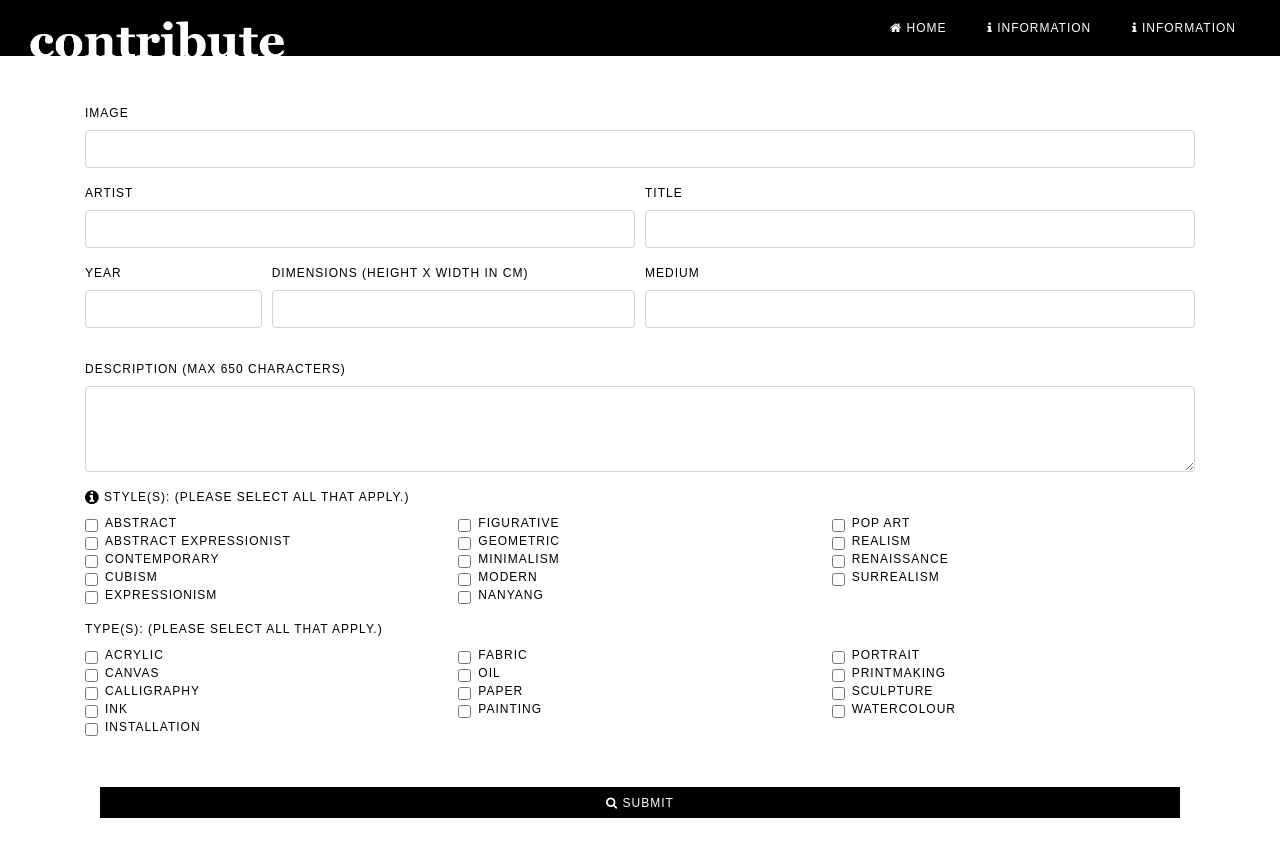
Repository: lynette-lyf/artwork-inventory
Page: http://localhost/add-artwork
The author's editor kept a record of every edit. The page is drawn from the files as they stood at one moment, then again after the next edit.
The browser window is 1280 px wide. The pictures show the whole page.
The page is served by the project's application, run on Flask 3 (app.py).

Above is the page before.

### templates/add_artwork.template.html
<!doctype html>
<html lang="en">
  <head>
     <!--Required meta tags -->
    <meta charset="utf-8">
    <meta name="viewport" content="width=device-width, initial-scale=1, shrink-to-fit=no">

     <!--Bootstrap CSS -->
    <link rel="stylesheet" href="https://stackpath.bootstrapcdn.com/bootstrap/4.3.1/css/bootstrap.min.css" integrity="sha384-ggOyR0iXCbMQv3Xipma34MD+dH/1fQ784/j6cY/iJTQUOhcWr7x9JvoRxT2MZw1T" crossorigin="anonymous">
     <!--Font Awesome CSS -->
    <link href="https://maxcdn.bootstrapcdn.com/font-awesome/4.7.0/css/font-awesome.min.css" rel="stylesheet"/>
     <!--Google Fonts API -->
    <link href="https://fonts.googleapis.com/css?family=Work+Sans:300,600,800&display=swap" rel="stylesheet">
    <link rel="stylesheet" type="text/css" href="/static/css/style.css">

    <title>Contribute to our Database</title>
  <style>
body {
    font-family: Arial;
    font-size: 12px;
    color: black;
    text-transform: uppercase;
    letter-spacing:1px;
}

::-webkit-scrollbar {
  width: 5px;
  height: 5px;
  border-left: 0;
  background: white;
}

::-webkit-scrollbar-track {
  background: white;
}

::-webkit-scrollbar-thumb {
  background: black;
  border-radius: 0;
}

.navbar-default {
    background-color: black;
    top:0px;
    z-index:1;
}

#logo {
    position: fixed;
    z-index:2;
    top:-3px;

}

#contribute {
    position:fixed;
    z-index:2;
    font-family: Arial;
    color: black;
    text-decoration: none;
    text-transform: uppercase;
    font-size: 12px;
    letter-spacing:1px;
    background-color: white;
    margin-right:15px;
}

#home, #information {
    font-family: Arial;
    color: white;
    text-decoration: none;
    text-transform: uppercase;
    font-size: 12px;
    letter-spacing:1px;
    background-color: black;
    margin-right:15px;
}



#submit {
    font-family: Arial;
    color: white;
    text-decoration: none;
    text-transform: uppercase;
    font-size: 12px;
    letter-spacing:1px;
    background-color: black;
    width:100%;
}

#home:hover, #information:hover, #submit:hover {
    background-color: white;
    color:black;
}

#info-style {
  color:black;
}

#info-style:hover {
  color:grey;
}



@media (max-width: 994px) {
    .img-fluid {
        max-width:100%
    }

    #home {
        margin-top:2rem;
    }
}

@media screen and (min-width: 995px) {
    .navbar-nav {
        align-items: end;
    }

    .img-fluid {
        max-height:500px;
        max-width:500px
    }
}

button:focus, input:focus {
  outline:0!important;
  box-shadow: none!important;
}

#form-votes {
    display:none;
}

  </style>

  </head>


  <body>


    <img id="logo" style="max-height:100px;" src="/static/img/contribute.png"/>

<nav class="navbar navbar-expand-lg navbar-default sticky-top">
  <a class="navbar-brand" href="#">&nbsp;</a>
  <button class="navbar-toggler" type="button" data-toggle="collapse" data-target="#navbarSupportedContent" aria-controls="navbarSupportedContent" aria-expanded="false" aria-label="Toggle navigation">
    <span class="navbar-toggler-icon"> <i class="fa fa-bars" style="color:#fff; font-size:28px;"></i></span>
  </button>

  <div class="collapse navbar-collapse justify-content-end" id="navbarSupportedContent">
    <ul class="navbar-nav">
        <li class="nav-item">
          <a href="/" id="home" class="btn btn-default"><i class="fa fa-home"></i>    Home</a>
      </li>
      <li class="nav-item">
          <a href="information/artstyles" id="information" class="btn btn-default"><i class="fa fa-info"></i>    Information</a>
      </li>

      <li class="nav-item">
        <a href="information/artstyles" id="information" class="btn btn-default"><i class="fa fa-info"></i>    Information</a>
      </li>
    </ul>

        </div>
  </div>
</nav>


















    <div class='container'>

        <form class='form pt-5' method="POST">


          <div class='form-row'>
              <div class='col-12 mb-3'>
                <label>Image</label>
                <input type='text' class='form-control' name='image' required/>
            </div>



            <div class='col-6 mb-3'>
                <label>Artist</label>
                <input type='text' class='form-control' name='artist' required/>
            </div>
            <div class='col-6 mb-3'>
                <label>Title</label>
                <input type='text' class='form-control' name='title' required/>
            </div>
          </div>

          <div class='form-row'>
            <div class='col-2 mb-3'>
                <label>Year</label>
                <input type='number' class='form-control' maxlength='4' min='1000' max='2019' name='year' required/>
            </div>
            <div class='col-4 mb-3'>
                <label>Dimensions (height x width in cm)</label>
                <input type='text' class='form-control' name='dimensions' required/>
            </div>
            <div class='col-6 mb-3'>
                <label>Medium</label>
                <input type='text' class='form-control' name='medium' required/>
            </div>
            <div class='col-6 mb-3'>
                <input type='text' id="form-votes" class='form-control' name='votes' value='0'/>
            </div>
          </div>

            <div class='form-group'>
                <label>Description (max 650 characters)</label>
                <textarea class="form-control" rows="3" name='description'></textarea>
            </div>

          <div class='form-row'>
            <div class='col-12'>
           <label><a href='information/artstyles'><i id="info-style" class="fa fa-info-circle fa-lg" aria-hidden="true"></i></a>  Style(s): (Please select all that apply.)</label>
           </div>
           </div>

            <div class='form-row'>
            <div class='col-4'>



            <div class="form-check">
            <input class="form-check-input" type='checkbox' value='Abstract' id="type" name="type">
            <label class="form-check-label" for="Abstract">Abstract</label>
            </div>

            <div class="form-check">
            <input class="form-check-input" type='checkbox' value='Abstract Expressionist' id="type" name="type">
            <label class="form-check-label" for="Abstract Expressionist">Abstract Expressionist</label>
            </div>

            <div class="form-check">
            <input class="form-check-input" type='checkbox' value='Contemporary' id="type" name="type">
            <label class="form-check-label" for="Contemporary">Contemporary</label>
            </div>

            <div class="form-check">
            <input class="form-check-input" type='checkbox' value='Cubism' id="type" name="type">
            <label class="form-check-label" for="Cubism">Cubism</label>
            </div>

            <div class="form-check">
            <input class="form-check-input" type='checkbox' value='Expressionism' id="type" name="type">
            <label class="form-check-label" for="Expressionism">Expressionism</label>
            </div>

            </div>

            <div class='col-4'>

            <div class="form-check">
            <input class="form-check-input" type='checkbox' value='Figurative' id="type" name="type">
            <label class="form-check-label" for="Figurative">Figurative</label>
            </div>

            <div class="form-check">
            <input class="form-check-input" type='checkbox' value='Geometric' id="type" name="type">
            <label class="form-check-label" for="Geometric">Geometric</label>
            </div>

            <div class="form-check">
            <input class="form-check-input" type='checkbox' value='Minimalism' id="type" name="type">
            <label class="form-check-label" for="Minimalism">Minimalism</label>
            </div>

            <div class="form-check">
            <input class="form-check-input" type='checkbox' value='Modern' id="type" name="type">
            <label class="form-check-label" for="Modern">Modern</label>
            </div>

            <div class="form-check">
            <input class="form-check-input" type='checkbox' value='Nanyang' id="type" name="type">
            <label class="form-check-label" for="Nanyang">Nanyang</label>
            </div>

            </div>

            <div class='col-4'>

            <div class="form-check">
            <input class="form-check-input" type='checkbox' value='Pop Art' id="type" name="type">
            <label class="form-check-label" for="Pop Art">Pop Art</label>
            </div>

            <div class="form-check">
            <input class="form-check-input" type='checkbox' value='Realism' id="type" name="type">
            <label class="form-check-label" for="Realism">Realism</label>
            </div>

            <div class="form-check">
            <input class="form-check-input" type='checkbox' value='Renaissance' id="type" name="type">
            <label class="form-check-label" for="Renaissance">Renaissance</label>
            </div>

            <div class="form-check">
            <input class="form-check-input" type='checkbox' value='Surrealism' id="type" name="type">
            <label class="form-check-label" for="Surrealism">Surrealism</label>
            </div>




            </div>
            </div>

            <div class='form-row'>
            <div class='col-12 pt-3'>

           <label>Type(s): (Please select all that apply.)</label>
           </div>
           </div>

            <div class='form-row pb-5'>
            <div class='col-4'>

            <div class="form-check">
            <input class="form-check-input" type='checkbox' value='Acrylic' id="type" name="type">
            <label class="form-check-label" for="Acrylic">Acrylic</label>
            </div>

            <div class="form-check">
            <input class="form-check-input" type='checkbox' value='Canvas' id="type" name="type">
            <label class="form-check-label" for="Canvas">Canvas</label>
            </div>

            <div class="form-check">
            <input class="form-check-input" type='checkbox' value='Calligraphy' id="type" name="type">
            <label class="form-check-label" for="Calligraphy">Calligraphy</label>
            </div>

            <div class="form-check">
            <input class="form-check-input" type='checkbox' value='Ink' id="type" name="type">
            <label class="form-check-label" for="Ink">Ink</label>
            </div>

            <div class="form-check">
            <input class="form-check-input" type='checkbox' value='Installation' id="type" name="type">
            <label class="form-check-label" for="Installation">Installation</label>
            </div>

            </div>

            <div class='col-4'>

            <div class="form-check">
            <input class="form-check-input" type='checkbox' value='Fabric' id="type" name="type">
            <label class="form-check-label" for="Fabric">Fabric</label>
            </div>

            <div class="form-check">
            <input class="form-check-input" type='checkbox' value='Oil' id="type" name="type">
            <label class="form-check-label" for="Oil">Oil</label>
            </div>

            <div class="form-check">
            <input class="form-check-input" type='checkbox' value='Paper' id="type" name="type">
            <label class="form-check-label" for="Paper">Paper</label>
            </div>

            <div class="form-check">
            <input class="form-check-input" type='checkbox' value='Painting' id="type" name="type">
            <label class="form-check-label" for="Painting">Painting</label>
            </div>

            </div>

            <div class='col-4'>

            <div class="form-check">
            <input class="form-check-input" type='checkbox' value='Portrait' id="type" name="type">
            <label class="form-check-label" for="Portrait">Portrait</label>
            </div>

            <div class="form-check">
            <input class="form-check-input" type='checkbox' value='Printmaking' id="type" name="type">
            <label class="form-check-label" for="Printmaking">Printmaking</label>
            </div>

            <div class="form-check">
            <input class="form-check-input" type='checkbox' value='Sculpture' id="type" name="type">
            <label class="form-check-label" for="Sculpture">Sculpture</label>
            </div>

            <div class="form-check">
            <input class="form-check-input" type='checkbox' value='Watercolour' id="type" name="type">
            <label class="form-check-label" for="Watercolour">Watercolour</label>
            </div>


            </div>
            </div>



          <div class="col-12 text-center pb-5">
             <button type="submit" id="submit" class="btn btn-default">
                <i class="fa fa-search"></i>    Submit
              </button>
          </div>
        </form>
    </div>

     <!-- Optional JavaScript -->
     <!--jQuery first, then Popper.js, then Bootstrap JS -->
    <script src="https://code.jquery.com/jquery-3.3.1.slim.min.js" integrity="sha384-q8i/X+965DzO0rT7abK41JStQIAqVgRVzpbzo5smXKp4YfRvH+8abtTE1Pi6jizo" crossorigin="anonymous"></script>
    <script src="https://cdnjs.cloudflare.com/ajax/libs/popper.js/1.14.7/umd/popper.min.js" integrity="sha384-UO2eT0CpHqdSJQ6hJty5KVphtPhzWj9WO1clHTMGa3JDZwrnQq4sF86dIHNDz0W1" crossorigin="anonymous"></script>
    <script src="https://stackpath.bootstrapcdn.com/bootstrap/4.3.1/js/bootstrap.min.js" integrity="sha384-JjSmVgyd0p3pXB1rRibZUAYoIIy6OrQ6VrjIEaFf/nJGzIxFDsf4x0xIM+B07jRM" crossorigin="anonymous"></script>
  </body>
</html>

### static/css/style.css
body {
    font-family: Arial;
    font-size: 15px;
    color: black;
}

::-webkit-scrollbar {
  width: 5px;
  height: 5px;
  border-left: 0;
  background: white;
}

::-webkit-scrollbar-track {
  background: white;
}

::-webkit-scrollbar-thumb {
  background: black;
  border-radius: 0;
}

.navbar-default {
    background-color: black;
}


#logo {
    position: absolute;
    z-index:1;
    top:-4px;
}

#home, #contribute, #information {
    font-family: Arial;
    color: white;
    text-decoration: none;
    text-transform: uppercase;
    font-size: 12px;
    letter-spacing:1px;
    background-color: black;
    margin-right:15px;
}

#submit {
    font-family: Arial;
    color: white;
    text-decoration: none;
    text-transform: uppercase;
    font-size: 12px;
    letter-spacing:1px;
    background-color: grey;
    margin-right:15px;
    border-radius:0px;
    height:31px;
    margin-top:3px;
}
#home:hover, #contribute:hover, #information:hover, #submit:hover {
    background-color: white;
    color:black;
}

#search-by {
    border-radius:0px;
    font-family: Arial;
    font-weight:bold;
    color: black;
    text-transform: uppercase;
    font-size: 12px;
    margin-top:3px;
    border-width:0px;
}

#caret-dropdown {
    color:grey;
    background-color:white;
    height:31px;
    margin-top:3px;
}

.dropdown.dropdown-lg .dropdown-menu {
    margin-top: -1px;
    padding: 4px 15px;
}

.btn-group .btn {
    border-radius: 0;
    margin-left: -1px;
}
.form-horizontal .form-group {
    margin-left: 0;
    margin-right: 0;
}

@media (max-width: 994px) {
    .img-fluid {
        max-width:100%
    }

    #home {
        margin-top:2rem;
    }
}

@media screen and (min-width: 995px) {
    .navbar-nav {
        align-items: end;
    }

    #boot-search-box {
        width: 500px;
        margin: 0 auto;
    }
    .dropdown.dropdown-lg {
        position: static !important;
    }
    .dropdown.dropdown-lg .dropdown-menu {
        min-width: 500px;
    }

    .img-fluid {
        max-height:500px;
        max-width:500px
    }
}

.artist {
    font-family: 'Work Sans', sans-serif;
    font-weight: 800;
    text-transform: uppercase;
    font-size: 3vh;
    line-height:10%;
    margin-top:15px;
}

.title {
    font-style: italic;
    font-family: 'Work Sans', sans-serif;
    font-weight: 600;
    text-transform: uppercase;
    font-size: 1.8vh;
    margin-right: 2px;
    line-height:10%;
}

.year {
    font-style: italic;
    font-family: 'Work Sans', sans-serif;
    font-weight: 400;
    font-size: 1.8vh;
    margin-right: 2px;
}

.medium, .dimensions {
    letter-spacing: 1px;
    margin-bottom:0px;
}

.description {
    text-align: justify;
    margin-top: 20px;
}

.tag-label {
    text-transform: uppercase;
    font-weight: bold;
    margin-bottom: 0px;
}

.tags {
    text-transform: uppercase;
    font-size: 12px;
    margin-top: 0px;
}

.action {
    text-decoration: none;
    color: black;
    font-family: Arial;
    text-transform: uppercase;
    font-size: 10px;
    margin:5px;
}

.action:hover {
    color:white;
    background-color:black;
    border-radius:0px;
    border-width:0px;;
}

Loaded but not shown: app.py (231 lines, source omitted)

After the next edit:
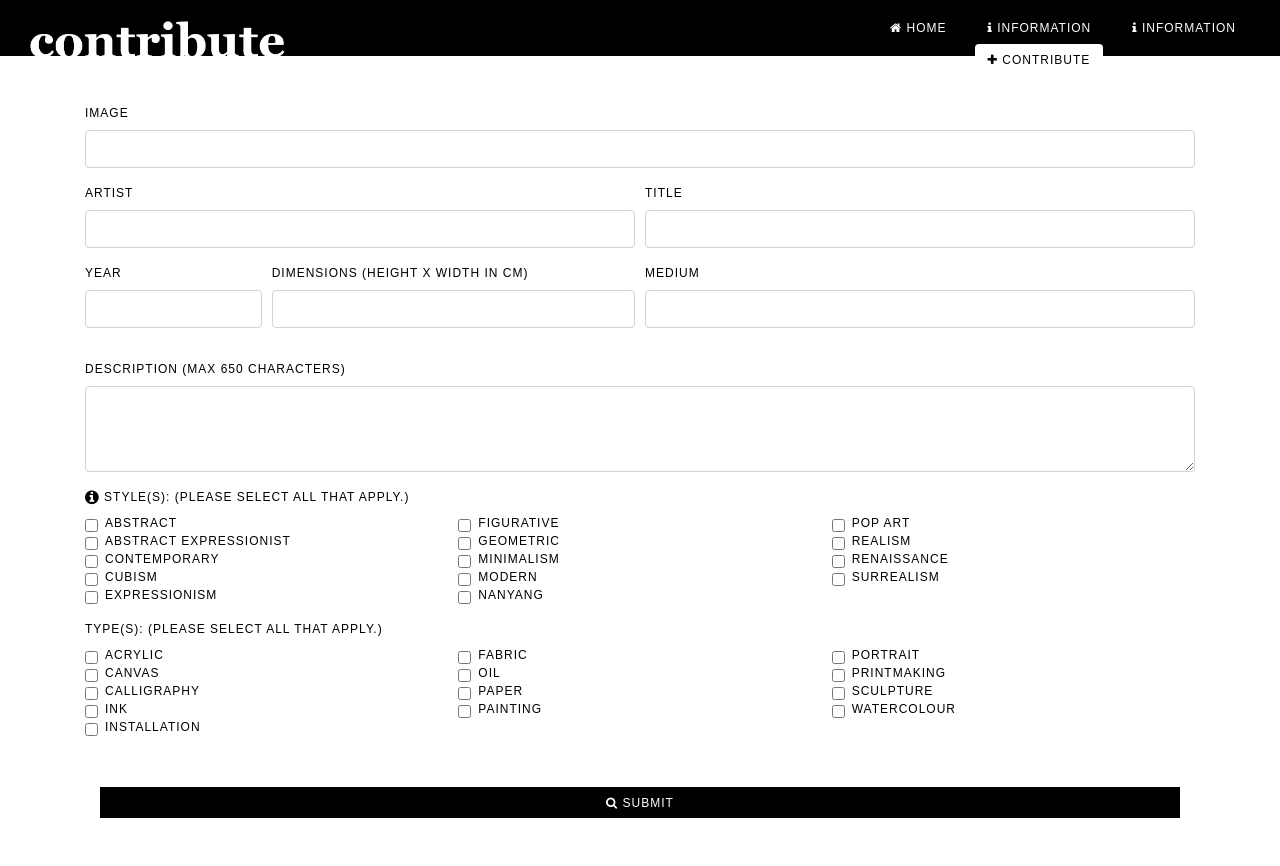
The edit:
--- a/templates/add_artwork.template.html
+++ b/templates/add_artwork.template.html
@@ -156,6 +156,9 @@
           <a href="/" id="home" class="btn btn-default"><i class="fa fa-home"></i>    Home</a>
       </li>
       <li class="nav-item">
+          <div id="contribute" class="btn btn-default" aria-disabled="true"><i class="fa fa-plus"></i>    Contribute</div>
+      </li>
+      <li class="nav-item">
           <a href="information/artstyles" id="information" class="btn btn-default"><i class="fa fa-info"></i>    Information</a>
       </li>
 
